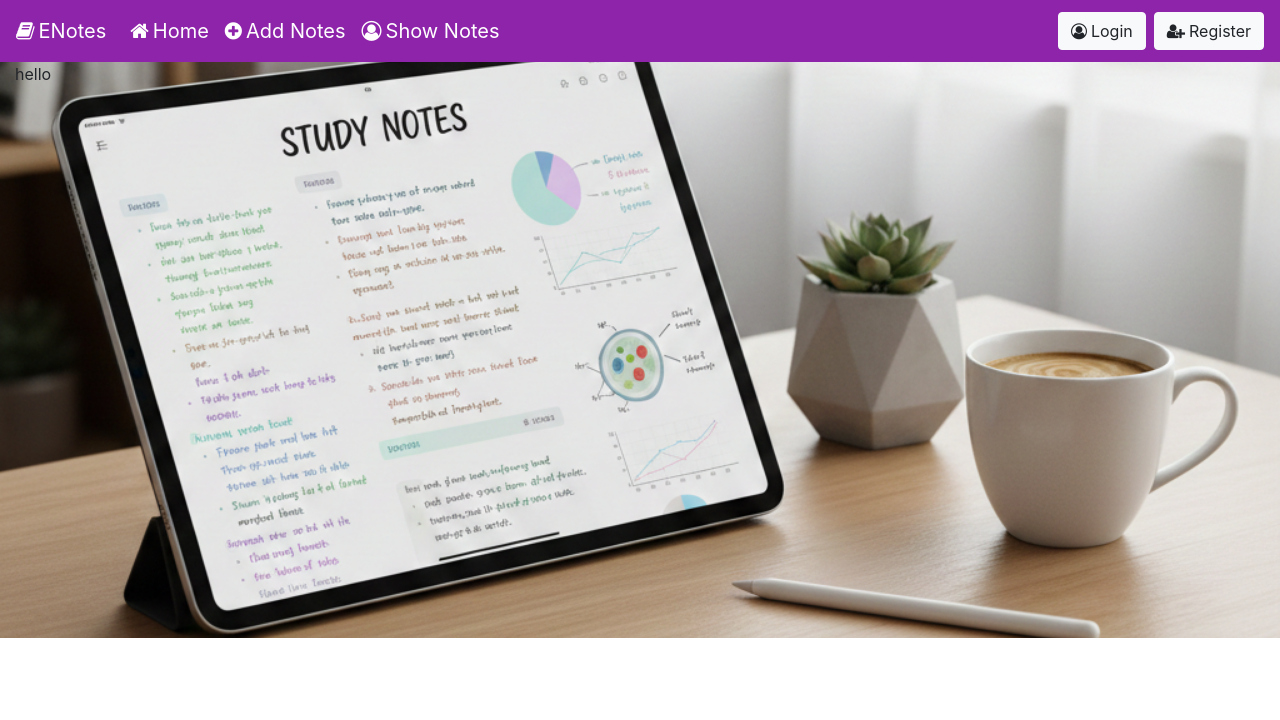
Repository: Bansal140899/eclipse-workspace
Page: http://localhost/ENotesProject/
These files come from the project's save history. The page is drawn as it stood at one moment and after the next save; the edit follows.
The browser window is 1280 px wide. The pictures show the whole page.
The page is served by Tomcat 9.

Above is the page before, as saved 2025-12-21 21:21:03.

After the next save:
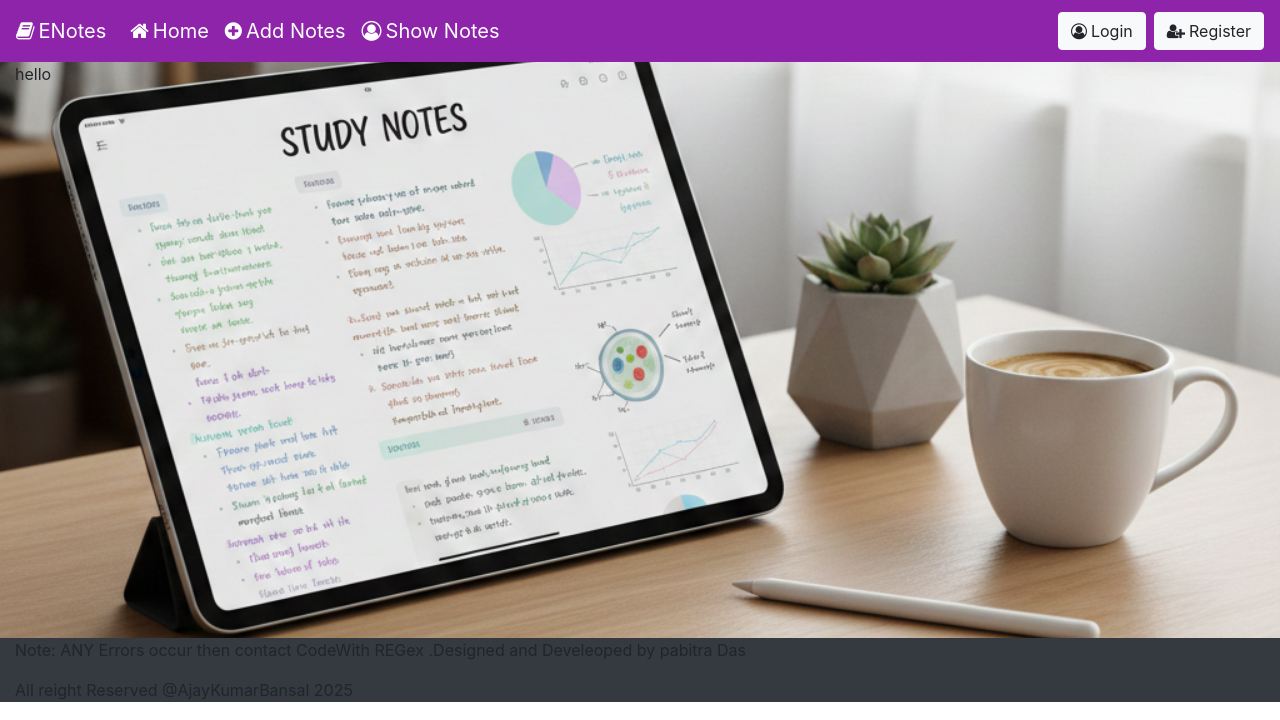
Saved 31 s later.
--- a/ENotesProject/src/main/webapp/index.jsp
+++ b/ENotesProject/src/main/webapp/index.jsp
@@ -20,5 +20,7 @@ background-repeat: no-repeat;   /* repeat band */
 <body>
 	<%@include file="All_Component/navbar.jsp"%>
 	<div class="container-fluid back-img">hello</div>
+	<%@include file="All_Component/footer.jsp"%>
+
 </body>
 </html>
